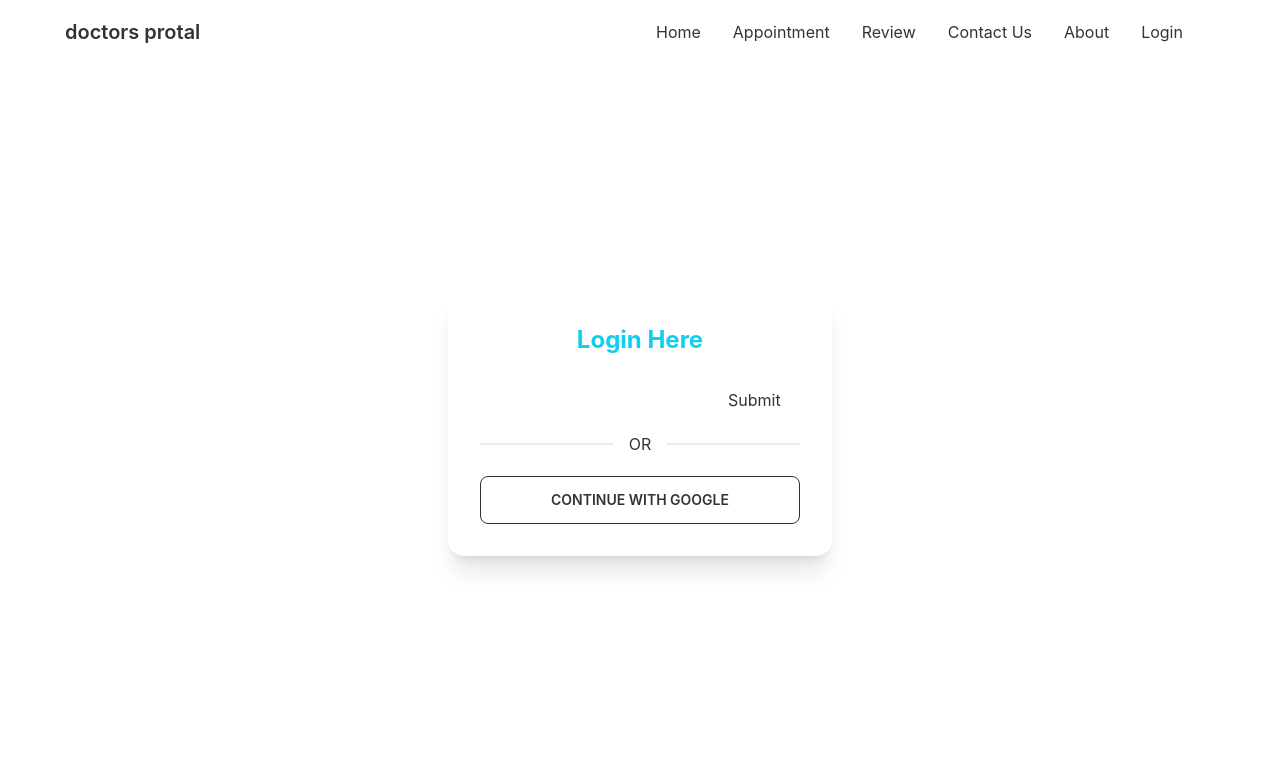
Repository: mdrubel02/doctor-protal
Page: /login
These files come from the project's save history. The page is drawn as it stood at one moment and after the next save; the edit follows.
The browser window is 1280 px wide. The pictures show the whole page.
The project was rebuilt for these pictures with package versions that can differ from the ones it lists, and the page was loaded fresh each time. Also part of the build but not shown: src/App.css, src/Pages/About/About.js, src/Pages/Shared/Footer/Footer.js, src/Pages/Appointment/AppointmentBanner.js, src/Pages/Appointment/BookingModal.js, src/Pages/Appointment/Service.js, src/Pages/Appointment/AvailableAppointment.js, src/Pages/Appointment/Appointment.js and 2 more. Imported but missing from the stored project, and not drawn on this page: src/Pages/Contact/Contact.

Above is the page before, as saved 2022-05-15 01:09:56.

### src/App.js

import { Route, Routes } from 'react-router-dom';
import './App.css';
import About from './Pages/About/About';
import Appointment from './Pages/Appointment/Appointment';
import Contact from './Pages/Contact/Contact';
import Home from './Pages/Home/Home';
import Login from './Pages/Login/Login';
import Review from './Pages/Review/Review';
import Navbar from './Pages/Shared/Navbar';

function App() {
  return (
    <div className='max-w-1xl mx-auto px-10 ' >
      <Navbar></Navbar>
      <Routes>
        <Route path='/' element={<Home/>}/>
        <Route path='/about' element={<About/>}/>
        <Route path='/appointment' element={<Appointment/>}/>
        <Route path='/review' element={<Review/>}/>
        <Route path='/contact' element={<Contact/>}/>
        <Route path='/login' element={<Login/>}/>
      </Routes>
    </div>
  );
}

export default App;

### src/Pages/Login/Login.js
import React from 'react';
import { useSignInWithGoogle } from 'react-firebase-hooks/auth';
import { auth } from '../../firebase.init'
import { useForm } from "react-hook-form";

const Login = () => {
    const [signInWithGoogle, user] = useSignInWithGoogle(auth);
    const { register, formState: { errors }, handleSubmit } = useForm();
    const onSubmit = data => {
        console.log(data)
    };

    if (user) {
        console.log(user)
    }
    return (
        <div className='flex justify-center items-center min-h-screen'>
            <div className="card w-96 bg-base-100 shadow-xl">
                <div className="card-body">
                    <h2 className="text-center text-2xl font-bold text-primary">Login Here</h2>
                    <form onSubmit={handleSubmit(onSubmit)}>
                        <input {...register("firstName", { required: true })} />
                        {errors.firstName?.type === 'required' && "First name is required"}

                        <input {...register("lastName", { required: true })} />
                        {errors.lastName && "Last name is required"}

                        <input type="submit" />
                    </form>
                    <div className="divider">OR</div>
                    <button onClick={() => signInWithGoogle()} className="btn btn-outline">Continue With Google</button>

                </div>
            </div>
        </div>
    );
};

export default Login;

### src/Pages/Shared/Navbar.js
import React from 'react';
import { Link } from 'react-router-dom';

const Navbar = () => {
    const menuItems = <>
        <li><Link to='/'>Home</Link></li>
        <li><Link to='/appointment'>Appointment</Link></li>
        <li><Link to='/review'>Review</Link></li>
        <li><Link to='/contact'>Contact Us</Link></li>
        <li><Link to='/about'>About</Link></li>
        <li><Link to='login'>Login</Link></li>
    </>
    return (
        <div className="navbar bg-base-100">
            <div className="navbar-start">
                <div className="dropdown">
                    <label tabindex="0" className="btn btn-ghost lg:hidden">
                        <svg xmlns="http://www.w3.org/2000/svg" className="h-5 w-5" fill="none" viewBox="0 0 24 24" stroke="currentColor"><path stroke-linecap="round" stroke-linejoin="round" stroke-width="2" d="M4 6h16M4 12h8m-8 6h16" /></svg>
                    </label>
                    <ul tabindex="0" className="menu menu-compact dropdown-content mt-3 p-2 shadow bg-base-100 rounded-box w-52">
                        {menuItems}
                    </ul>
                </div>
                <Link to='/' className="btn btn-ghost normal-case text-xl">doctors protal</Link>
            </div>
            <div className="navbar-center hidden lg:flex">
                <ul className="menu menu-horizontal p-0">
                    {menuItems}
                </ul>
            </div>

        </div>
    );
};

export default Navbar;

### src/firebase.init.js
// Import the functions you need from the SDKs you need
import { initializeApp } from "firebase/app";
import { getAuth} from "firebase/auth"
// TODO: Add SDKs for Firebase products that you want to use
// https://firebase.google.com/docs/web/setup#available-libraries

// Your web app's Firebase configuration
const firebaseConfig = {
  apiKey:process.env.REACT_APP_API_KEY,
  authDomain:process.env.REACT_APP_AUTH_DOMAIN,
  projectId:process.env.REACT_APP_PROJECT_ID,
  storageBucket:process.env.REACT_APP_STORAGE_BUCKET,
  messagingSenderId:process.env.REACT_APP_MESSAGING_SENDER_ID,
  appId: process.env.REACT_APP_APP_ID
};

// Initialize Firebase
const firebaseApp =initializeApp(firebaseConfig)

export const auth = getAuth(firebaseApp)
export default firebaseApp

### tailwind.config.js
module.exports = {
  content: ["./src/**/*.{html,js}"],
  daisyui: {
    themes: [
      {
        mytheme: {
          primary: "#0FCFEC",
          secondary: "#19D3AE",
          accent: "#3A4256",
          neutral: "#3d4451",
          "base-100": "#ffffff",
        },
      },
      "dark",
      "cupcake",
    ],
  },
  plugins: [require("daisyui")],
}

Loaded but not shown: public/index.html (common file); src/index.js (common file); src/index.css (common file); src/reportWebVitals.js (common file)

After the next save:
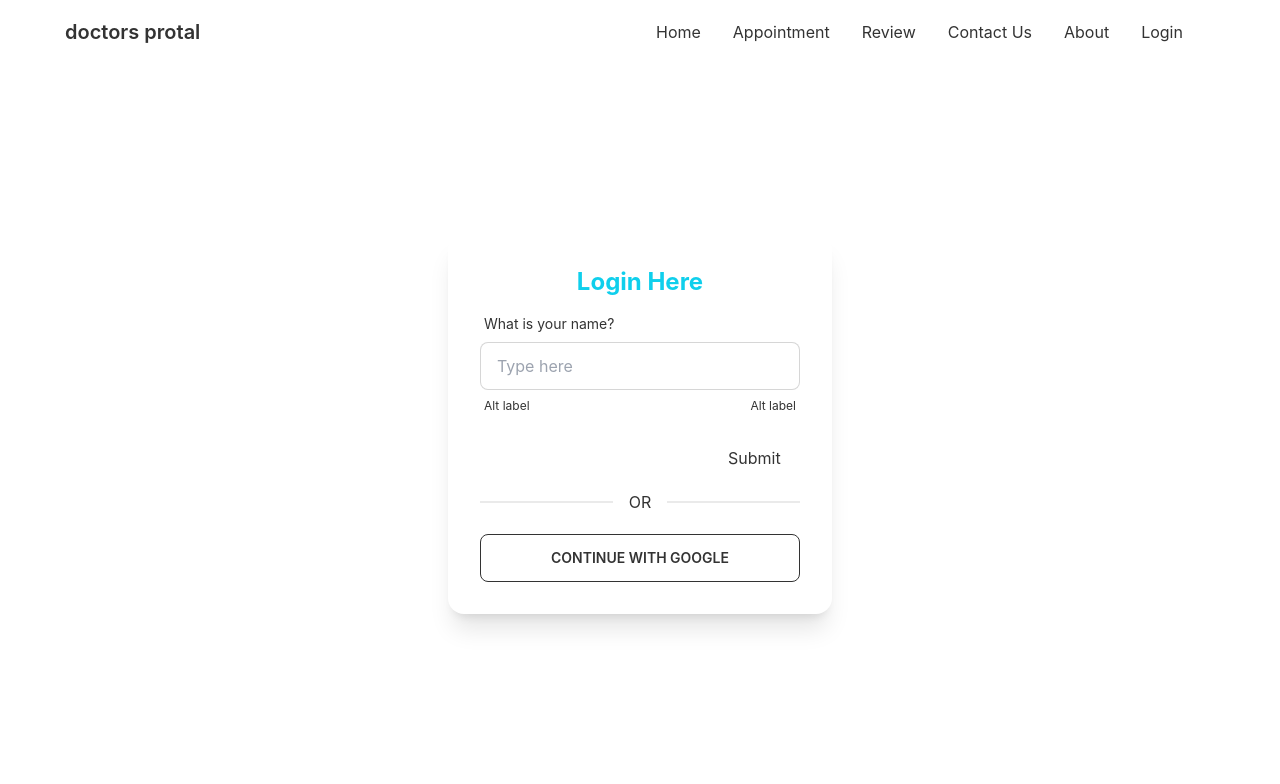
Saved 3 min 30 s later.
--- a/src/Pages/Login/Login.js
+++ b/src/Pages/Login/Login.js
@@ -19,6 +19,19 @@ const Login = () => {
                 <div className="card-body">
                     <h2 className="text-center text-2xl font-bold text-primary">Login Here</h2>
                     <form onSubmit={handleSubmit(onSubmit)}>
+
+                        <div className="form-control w-full max-w-xs">
+                            <label className="label">
+                                <span className="label-text">What is your name?</span>
+
+                            </label>
+                            <input type="text" placeholder="Type here" className="input input-bordered w-full max-w-xs" />
+                            <label className="label">
+                                <span className="label-text-alt">Alt label</span>
+                                <span className="label-text-alt">Alt label</span>
+                            </label>
+                        </div>
+
                         <input {...register("firstName", { required: true })} />
                         {errors.firstName?.type === 'required' && "First name is required"}
 
